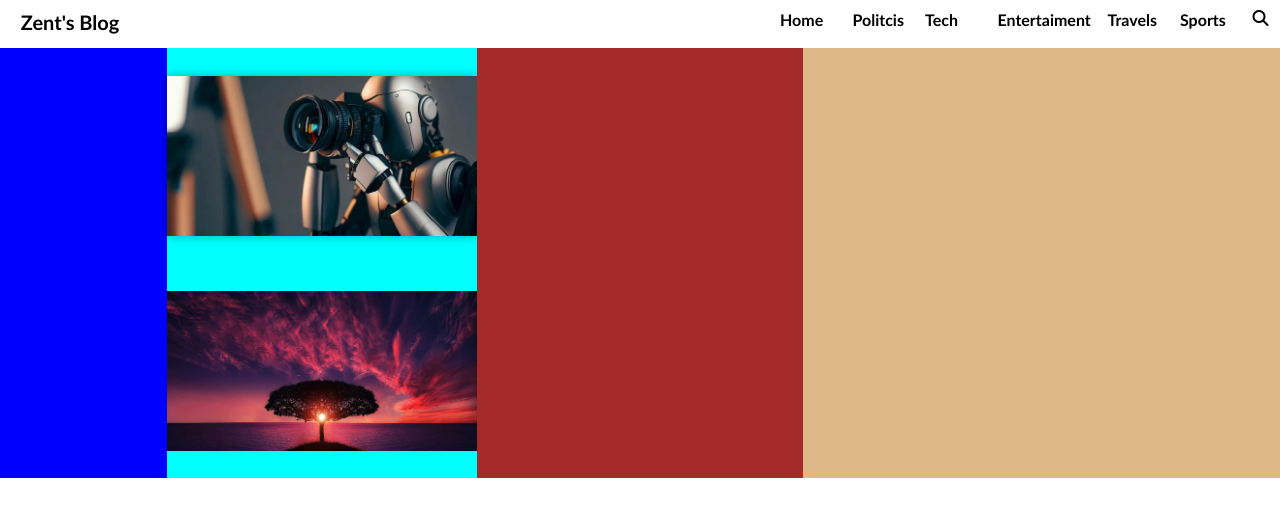
Repository: giacatdat2k5/html3
Page: html3.vs/7.1.html
The author's editor kept a copy of each file at every save. The page is drawn from the files as they stood at one save, then again after the next save.
The browser window is 1280 px wide. The pictures show the whole page.

Above is the page before, as saved 2023-09-27 13:32:26.

### html3.vs/7.1.html
<!DOCTYPE html>
<html lang="en">
<head>
    <meta charset="UTF-8">
    <meta name="viewport" content="width=device-width, initial-scale=1.0">
    <title>7.2</title>
    <link rel="stylesheet" type="text/css" href="7.1.css">
    <link rel="stylesheet" href="https://cdnjs.cloudflare.com/ajax/libs/font-awesome/6.4.2/css/all.min.css"/>
</head>
<body>
    <div id="header">
        <div class="logo">Zent's Blog </div>
        <div class="menu">
            <div class="items">Home</div>
            <div class="items">Politcis</div>
            <div class="items">Tech</div>
            <div class="items">Entertaiment</div>
            <div class="items">Travels</div>
            <div class="items">Sports</div>
            <div class="search"><i class="fa-solid fa-magnifying-glass"></i></div>
        </div>
    </div>
    <div id="content">
        <div class="left">
            <div class="imageleft">
                <div class="iamge1"></div>
                <div class="iamge2"></div>
            </div>
        </div>
        <div class="center">
            <div class="imagecenter"></div>
        </div>
        <div class="right">
            <div class="iamgeright"></div>
        </div>
    </div>
</body>
</html>

### html3.vs/7.1.css
@media all and (min-width: 992px){
*{
    margin:0;
    padding: 0;
}
#header{
    width: 100%;
    height: 3em;
    display: flex;
    justify-content: space-between;
}
.logo{
    font-size: 20px;
    width: 120px;
    text-align: center;
    padding: 10px;
    font-weight: bold;
    font-family:'Trebuchet MS', 'Lucida Sans Unicode', 'Lucida Grande', 'Lucida Sans', Arial, sans-serif;

}
.menu{
    width: 510px;
    display: flex;
}
.items{
    width: 90px;
    padding: 10px;
    font-weight: bold;
    font-family:'Trebuchet MS', 'Lucida Sans Unicode', 'Lucida Grande', 'Lucida Sans', Arial, sans-serif;
}
.search{
    width: 30px;
    padding: 10px;
}
#content{
    width: 100%;
    height: 430px;
    background-color:whitesmoke;
    display: flex;
}
.left{
    width: 38%;
    height: 100%;
    background-color: blue;
    display: flex;
    justify-content: right;
    align-items: center;
}
.center{
    width: 26%;
    height: 100%;
    background-color: brown;
}
.right{
    width: 38%;
    height: 100%;
    background-color:burlywood;
}
.imageleft{
    width: 65%;
    height: 100%;
    background-color: aqua;
    display: flex;
    flex-wrap: wrap;
    align-items: center;
}
.iamge1{
    background-image: url('anh1.webp');
    background-size: cover;
    width: 100%;
    height: 160px;
    box-shadow: 0 0 10px rgba(0, 0, 0, 0.3);
}
.iamge2{
    background-image: url('anh2.jpeg');
    background-size: cover;
    width: 100%;
    height: 160px;

}

After the next save:
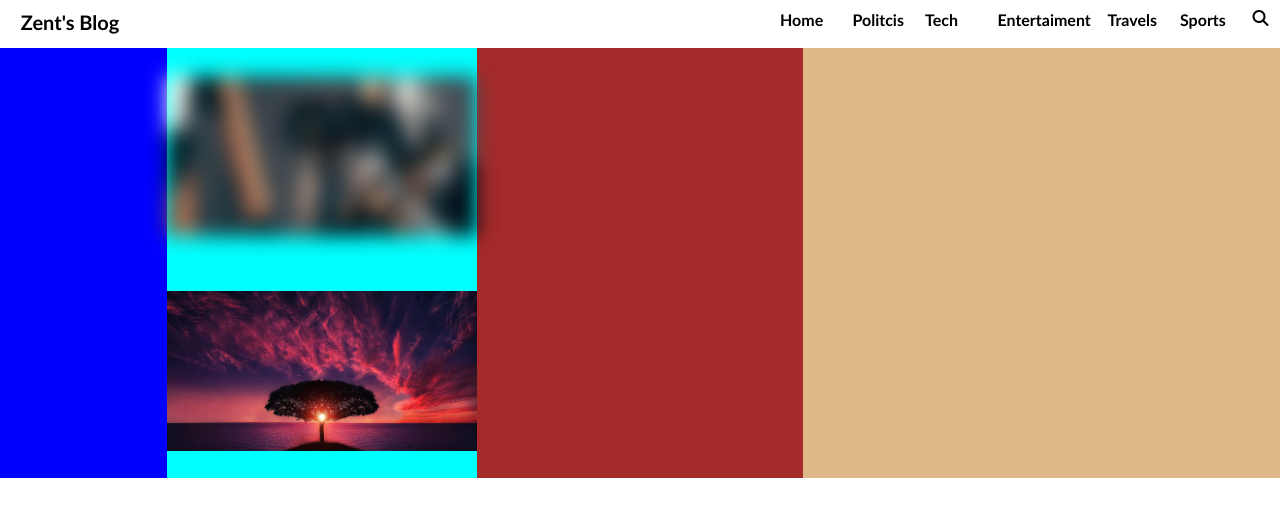
Saved 2 min 21 s later.
--- a/html3.vs/7.1.css
+++ b/html3.vs/7.1.css
@@ -69,7 +69,7 @@
     background-size: cover;
     width: 100%;
     height: 160px;
-    box-shadow: 0 0 10px rgba(0, 0, 0, 0.3);
+    filter: blur(10px);
 }
 .iamge2{
     background-image: url('anh2.jpeg');
